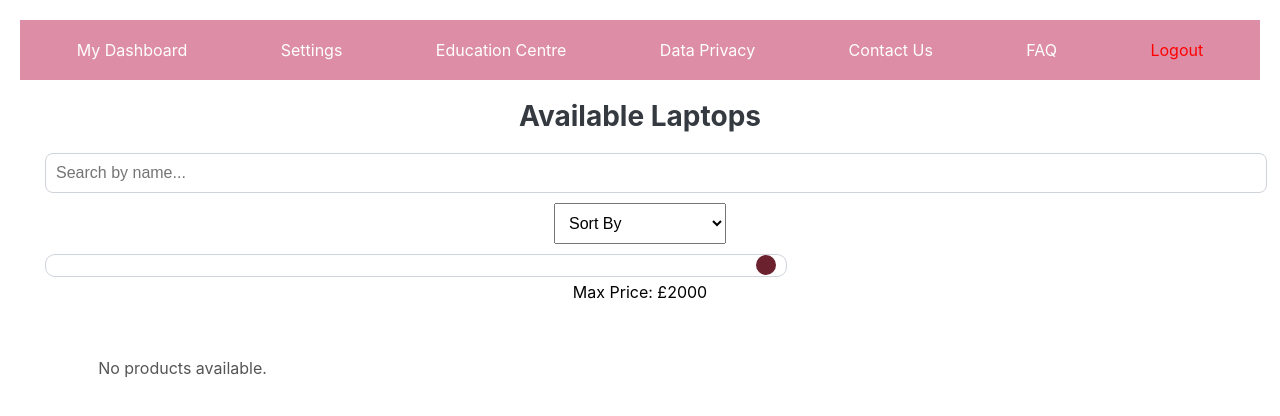
Repository: aab232/https---github.com-aab232-Deferred-Payment-Platform
Page: /main (app in frontend/)
An editor plug-in stored every save of this project. The page is shown before and after the next save, followed by the edit.
The browser window is 1280 px wide. The pictures show the whole page.
The page's requests for data from a server got no answer. The project was rebuilt for these pictures with package versions that can differ from the ones it lists, and the page was loaded fresh each time. No one was signed in, and anything a server would have sent is missing. Also part of the build but not shown: frontend/src/components/Home.js, frontend/src/components/Register.js, frontend/src/components/Login.js, frontend/src/components/BackButton.css, frontend/src/components/BackButton.js, frontend/src/components/Settings.js.

Above is the page before, as saved 2025-04-01 00:40:57.

After the next save:
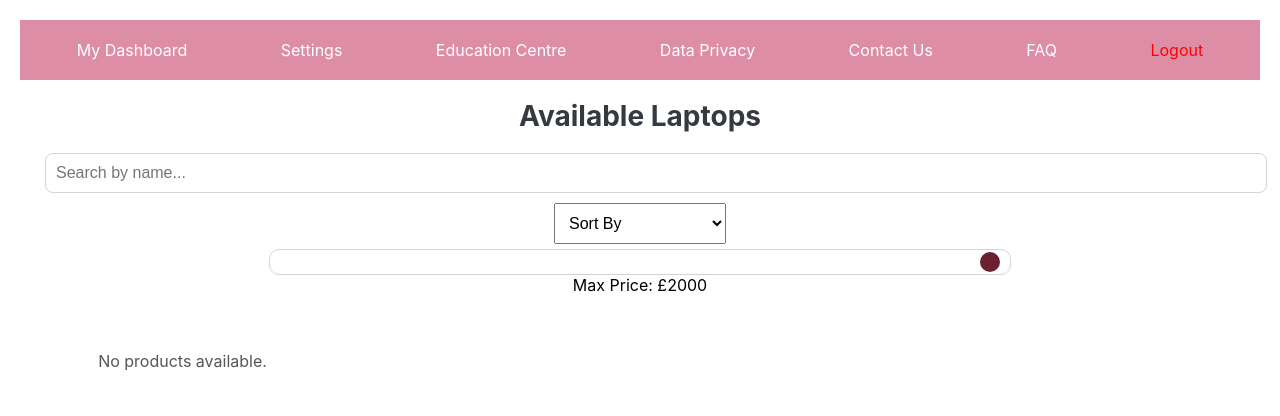
Saved 114 s later.
--- a/frontend/src/components/Main.css
+++ b/frontend/src/components/Main.css
@@ -62,19 +62,29 @@
   background-color: #005f75;
 }
 
-/* For WebKit Browsers (Chrome, Edge, Safari) */
+/* Center the Slider */
+.slider-container {
+  display: flex;
+  justify-content: center;
+  align-items: center;
+  width: 100%; /* Ensures full responsiveness */
+}
+
+/* For Chrome, Edge, Safari */
 input[type="range"] {
-  -webkit-appearance: none; /* Remove default styles */
+  -webkit-appearance: none;
   appearance: none;
-  width: 60%; /* Make it full width */
-  height: 1px; /* Adjust thickness */
-  background: white; /* Pink background */
+  width: 60%;
+  height: 4px;  /* Reduced height for a thinner bar */
+  background: white;
   border-radius: 10px;
   outline: none;
   transition: background 0.3s ease-in-out;
+  display: block;
+  margin: auto; /* Centers it */
 }
 
-/* Customize the Thumb (Draggable Circle) */
+/* Customize the Thumb */
 input[type="range"]::-webkit-slider-thumb {
   -webkit-appearance: none;
   appearance: none;
